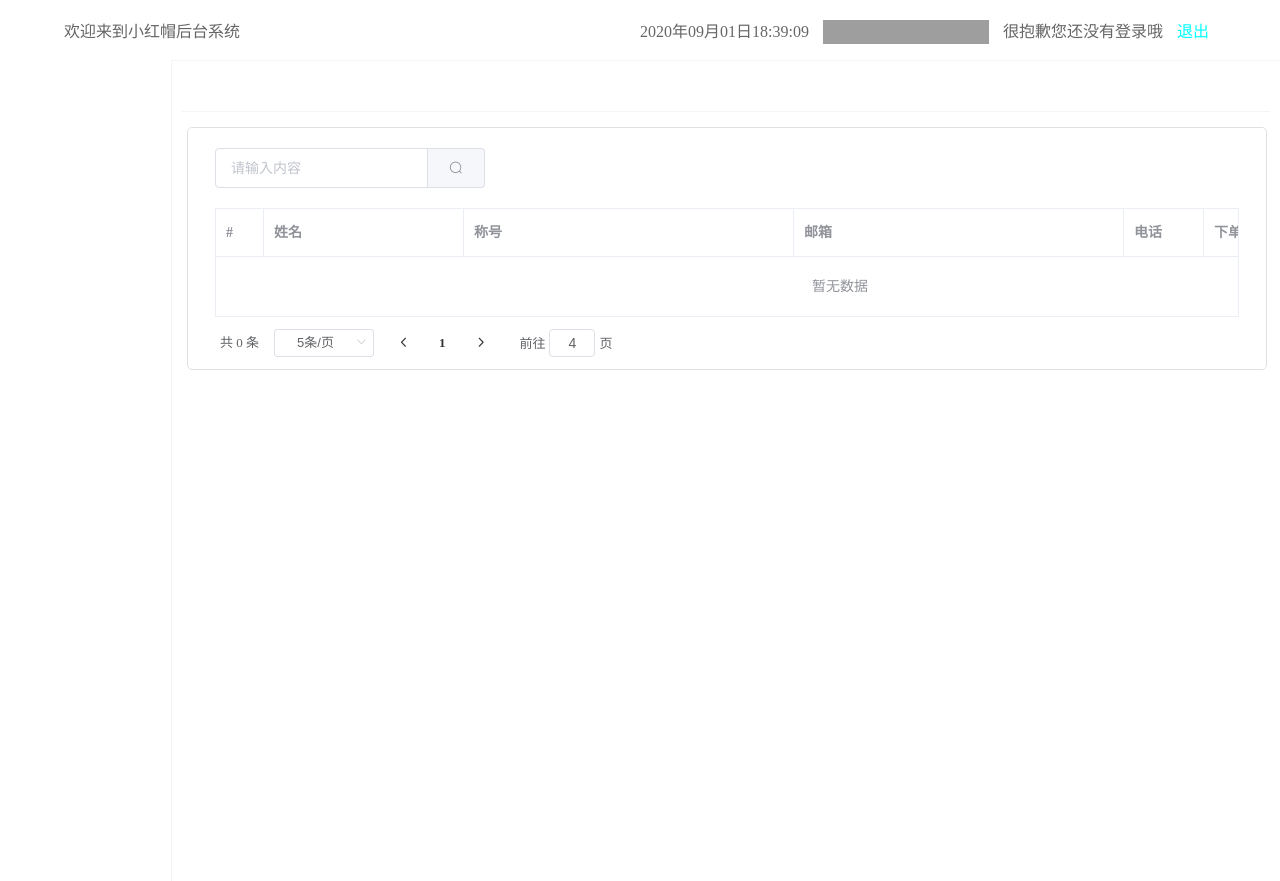
Repository: jinggegeZ/whitesystem
Page: /orders/orders
An editor plug-in stored every save of this project. The page is shown before and after the next save, followed by the edit.
The browser window is 1280 px wide. The pictures show the whole page.
Pictures or frames that could not be fetched are drawn as grey boxes. The page's requests for data from a server got no answer. The project was rebuilt for these pictures with package versions that can differ from the ones it lists, and the page was loaded fresh each time. No one was signed in, and anything a server would have sent is missing. Also part of the build but not shown: vue.config.js, src/views/Home.vue.

Above is the page before, as saved 2020-09-01 19:02:28.

After the next save:
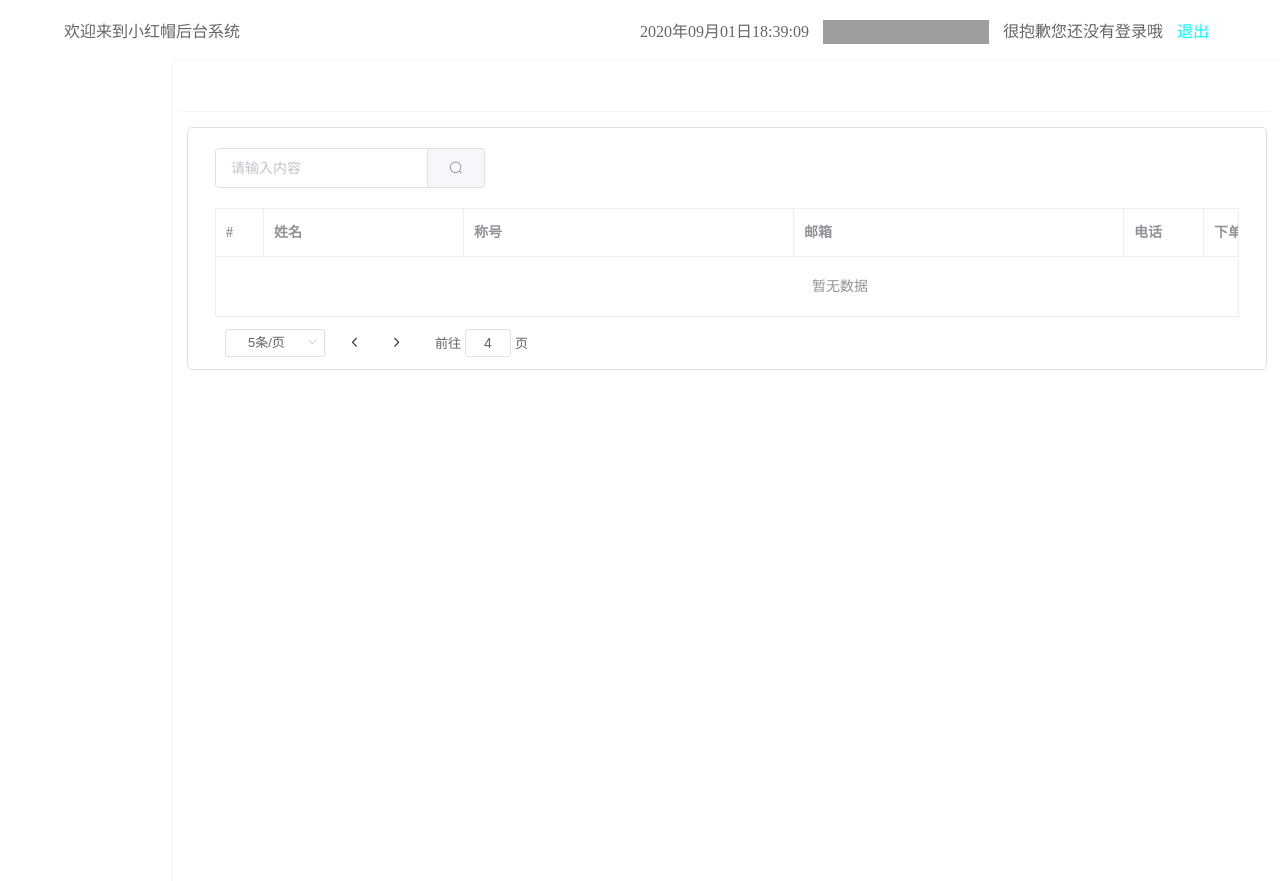
Saved 62 s later.
--- a/src/views/orderList/OrderList.vue
+++ b/src/views/orderList/OrderList.vue
@@ -114,10 +114,10 @@
 
 <script>
 import { createNamespacedHelpers } from "vuex";
-const userModule = createNamespacedHelpers("user");
+const userModule = createNamespacedHelpers("order");
 const { mapState, mapActions } = userModule;
 export default {
-  name: "UserList",
+  name: "OrderList",
   props: {},
   components: {},
   data() {
